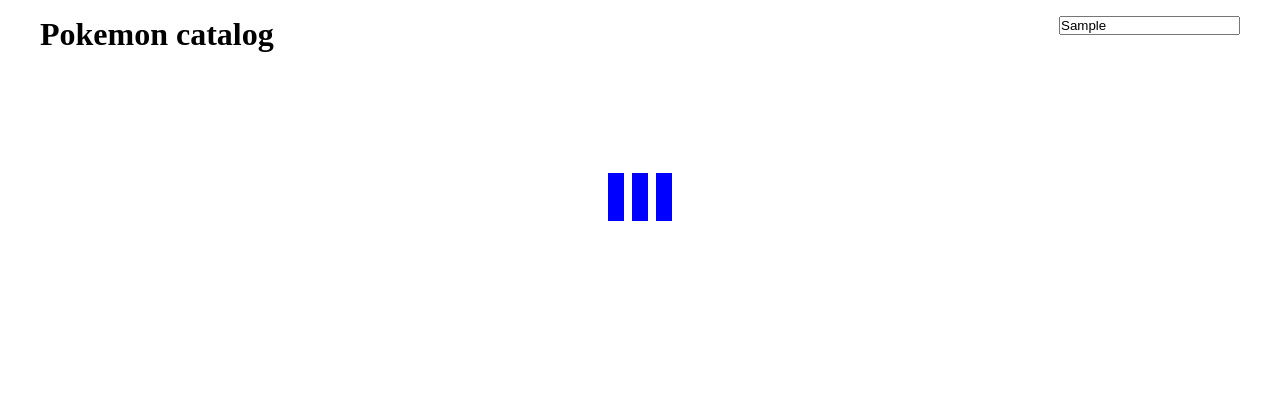
Repository: Ryszard-Penkala/pokemon-API
Page: index.html
The author's editor kept a copy of each file at every save. The page is drawn from the files as they stood at one save, then again after the next save.
The browser window is 1280 px wide. The pictures show the whole page.
Empty fields were first filled with sample values (such as "Sample", 5 or name@example.com).
After loading, the first visible `button.footer-main__load-button` was clicked once.
The page's requests for data from a server got no answer.

Above is the page before, as saved 2020-06-28 09:44:03.

After the next save:
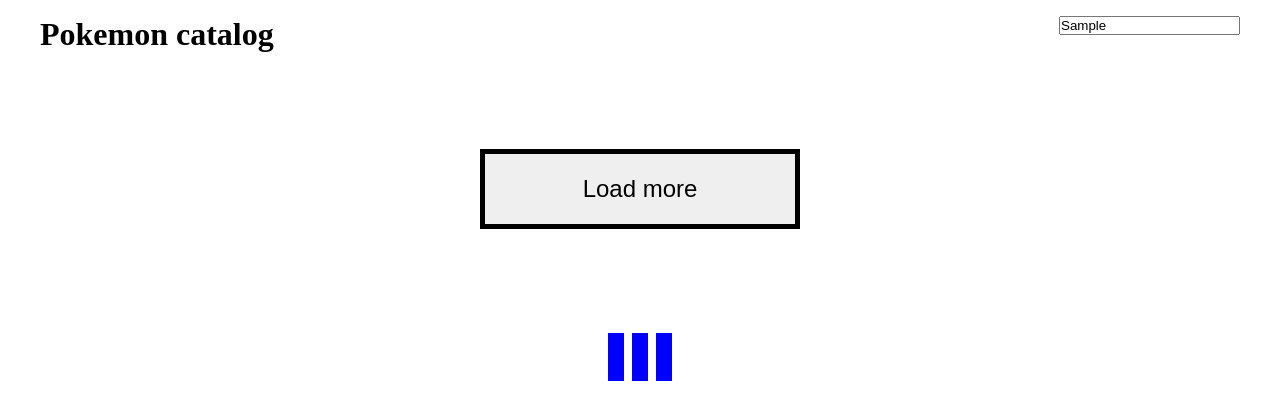
Saved 7 s later.
--- a/assets/js/script.js
+++ b/assets/js/script.js
@@ -28,6 +28,8 @@
             this.loader.classList.toggle('hidden');
             this.updateAPI_ENDPOINT();
             this.pullCards(this.API_ENDPOINT);
+            this.loadButton.classList.toggle('hidden');
+            this.loader.classList.toggle('hidden');
         })
 
     }
